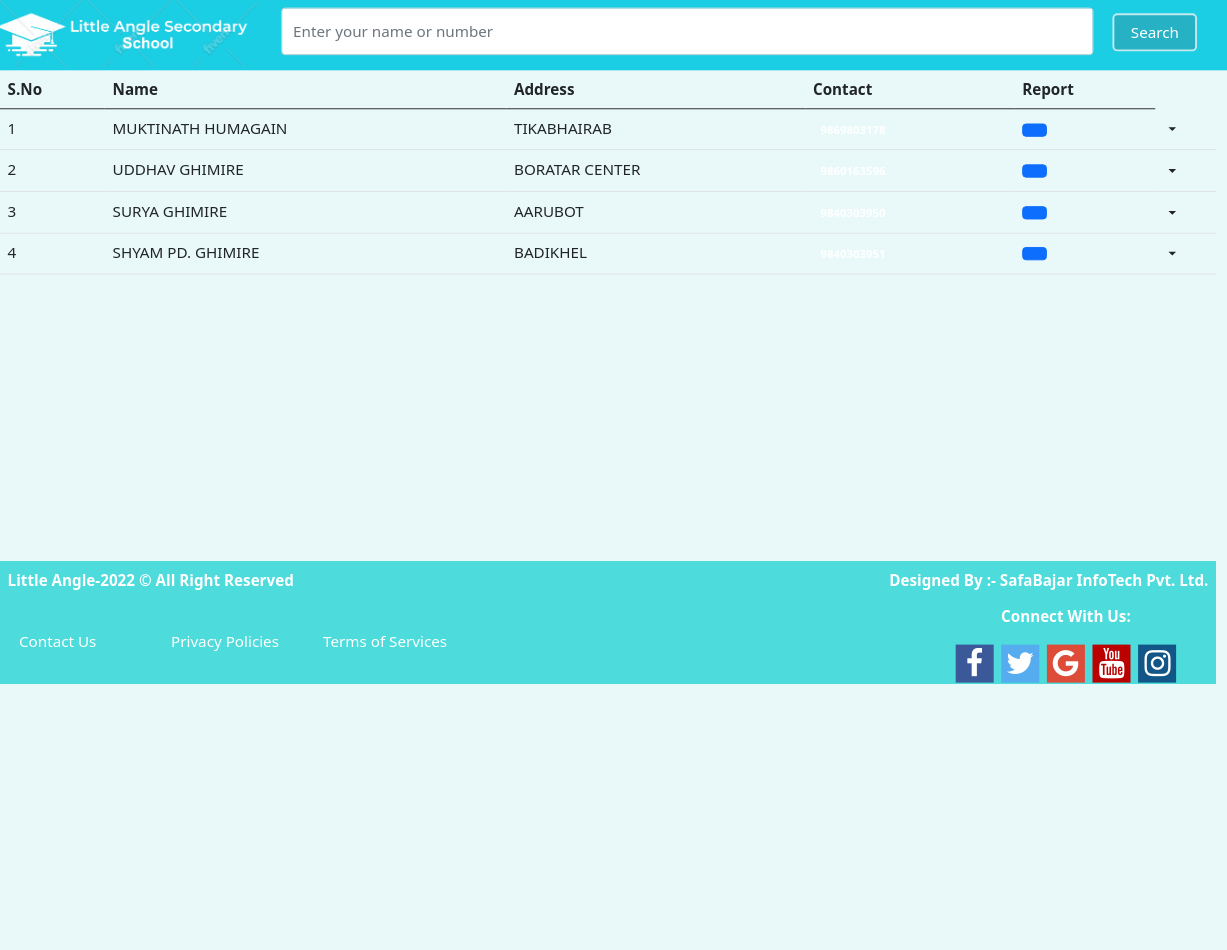
Repository: Sjuicyy/School-Project
Page: profilesview.html
The author's editor kept a copy of each file at every save. The page is drawn from the files as they stood at one save, then again after a run of saves.
The browser window is 1280 px wide. The page is 1292 px wide, so the pictures cover 1292 px, including what lies to the right of the window. The pictures show the whole page, at 95% of full size.

Above is the page before, as saved 2022-09-22 11:21:53.

### profilesview.html
<!doctype html>
<html lang="en">

<head>
    <!-- Required meta tags -->
    <meta charset="utf-8">
    <meta name="viewport" content="width=device-width, initial-scale=1">

    <!-- Bootstrap CSS -->
    <link href="https://cdn.jsdelivr.net/npm/bootstrap@5.0.2/dist/css/bootstrap.min.css" rel="stylesheet"
        integrity="sha384-EVSTQN3/azprG1Anm3QDgpJLIm9Nao0Yz1ztcQTwFspd3yD65VohhpuuCOmLASjC" crossorigin="anonymous">

    <link rel="stylesheet" href="https://cdnjs.cloudflare.com/ajax/libs/font-awesome/4.7.0/css/font-awesome.min.css">


    <style>
        body {
            height: 1000px;
        }

        .navcol {
            background-color: rgb(28, 206, 228);
        }

        .row0 div {
            width: auto;
            display: flex;
        }

        .img {
            height: 70px;
            width: 100%;
        }

        .form-control {
            height: 50px;
        }


        .btn1 {
            background-color: rgb(38, 178, 196);
            color: white;
            height: 40px;
            width: 100px;
            margin: 20px;
            margin-top: 14px;
            border: 2px solid rgba(255, 255, 255, 0.715);
            border-radius: 5px;
        }

        .btn1:hover {
            background-color: rgba(0, 225, 255, 0);
            border: 2px solid white;
            outline: none;
        }

        .btn1:active {
            color: rgba(255, 255, 255, 0.667);
            border: 2px solid rgba(255, 255, 255, 0.533);
        }

        .footer {
            background-color: rgb(77, 219, 219);
            position: fixed;
            width: 100%;
            overflow: AUTO;
            color: rgb(255, 255, 255);
            bottom: 0;
        }

        .footer::-webkit-scrollbar {
            display: none;
        }


        .fb {

            width: 160px
        }

        .fa1 {
            font-size: xx-large;
            padding: 4px;
            margin: 2px;
            width: 40px;
            text-decoration: none;
        }

        .fa-facebook {
            background: #3B5998;
            color: white;
        }

        .fa-twitter {
            background: #55ACEE;
            color: white;
        }

        .fa-google {
            background: #dd4b39;
            color: white;
        }

        .fa-youtube {
            background: #bb0000;
            color: white;
        }

        .fa-instagram {
            background: #125688;
            color: white;
        }

        .red {
            border: 1px solid rgb(219, 77, 77);
        }

        .green {
            border: 1px solid rgb(2, 183, 255);
        }

        .yello {
            border: 1px solid rgb(193, 255, 6);
        }

        .btn2 {
            background-color: rgb(77, 219, 219);
            width: 400px;
        }

        .color {
            color: rgb(28, 206, 228);
        }

        .a {
            text-decoration: none;
            color: rgb(77, 219, 219);
        }

        .loginopt {
            background-color: rgb(255, 255, 255);
            color: rgb(28, 206, 228);
            border: 2px solid;
            width: 43px;
            border-radius: 100px;
            margin: 10px;
        }

        .loginopt:hover {
            color: #0c91f7;
        }

        .btn2:hover {
            background-color: #2a8bd0;
        }
    </style>
    <title>Little Angle School</title>
</head>

<body style="background-color:#99e6e335 ;>
    <!-- heading start -->
    <div class=" container-fluid text-center">
    <div class="row row0 navcol">
        <div class="col-3">
            <a href="pages.html">
                <img class="img" src="./school.png" alt="">
            </a>
        </div>
        <div class="col">
            <input class="form-control mt-2 " type="search" placeholder="Enter your name or number "
                aria-label="Search">
            <button class="btn1" type="submit">Search</button>
            </form>
        </div>
    </div>
    </div>
    <!-- heading end -->



    <!-- profile view body  -->




    <!-- <div class="container mt-4 w-75" style="border: 3px solid #0c91f7;">
        <div class="m-1">


        <div class="row">
            <div class="col-auto  ">
                <img src=" ./profile pic.jpg" width="100px" alt="">
            </div>
            <div class="col " style="">
                <div class="row mt-3 m-auto">
                    <div class="col-auto m-auto w-50 "><b>Name: </b>Shyam Joshi</div>
                    <div class="col-auto m-auto w-50 "><b> Email: </b>Sjuicyy@gmail.com</div>
                </div>
                <div class="row mt-3 m-auto">
                    <div class="col-auto m-auto w-50 "><B>DoB: </B>2055/04/31</div>
                    <div class="col-auto m-auto w-50 "><b>Mobile</b>: +977-9867867202</div>
                </div>
            </div>
            <div class="col-auto " style="overflow:hidden; width:100px">
                <div class="col mt-3 ">
                    <div class="btn btn-primary btn-sm  w-100">view</div>
                </div>
                <div class="col  mt-2">
                    <div class="btn btn-primary btn-sm  w-100">Edit</div>
                </div>
            </div>
        </div>

    </div>
    </div> -->



    <!-- // profile view body  -->





    <!-- another responsive table start -->










    <div class="table-responsive text-nowrap">
        <table class="table table-hover">
            <thead>
                <tr>
                    <th>S.No</th>

                    <th>Name</th>
                    <th>Address</th>
                    <th>Contact</th>
                    <th>Report</th>
                </tr>
            </thead>
            <tbody class="table-border-bottom-0">
                <tr class="text-nowrap" style="text-transform: uppercase;">
                    <td>1</td>

                    <td>MUKTINATH HUMAGAIN</td>
                    <td>tikabhairab</td>
                    <td><span class="badge bg-label-primary me-1">9869803178</span></td>
                    <td> <a href="agentreport.php" type="button" class="btn btn-primary">
                            <i class="bx bxs-report" style="color: white;"></i>
                        </a></td>
                    <td>
                        <div class="dropdown">
                            <button type="button" class="btn p-0 dropdown-toggle hide-arrow" data-bs-toggle="dropdown">
                                <i class="bx bx-dots-vertical-rounded"></i>
                            </button>

                            <div class="dropdown-menu">
                                <a class="dropdown-item" href="agentedit.php?id=43">
                                    <i class="bx bx-edit-alt me-1"></i> Edit</a>
                                <a class="dropdown-item" href="agentdelete.php?id=43&amp;Type=Farmer">
                                    <i class="bx bx-trash me-1"></i> Delete</a>
                            </div>
                        </div>
                    </td>
                </tr>
                <tr class="text-nowrap" style="text-transform: uppercase;">
                    <td>2</td>

                    <td>uddhav ghimire </td>
                    <td>boratar center </td>
                    <td><span class="badge bg-label-primary me-1">9860163596</span></td>
                    <td> <a href="agentreport.php" type="button" class="btn btn-primary">
                            <i class="bx bxs-report" style="color: white;"></i>
                        </a></td>
                    <td>
                        <div class="dropdown">
                            <button type="button" class="btn p-0 dropdown-toggle hide-arrow" data-bs-toggle="dropdown">
                                <i class="bx bx-dots-vertical-rounded"></i>
                            </button>

                            <div class="dropdown-menu">
                                <a class="dropdown-item" href="agentedit.php?id=45">
                                    <i class="bx bx-edit-alt me-1"></i> Edit</a>
                                <a class="dropdown-item" href="agentdelete.php?id=45&amp;Type=Farmer">
                                    <i class="bx bx-trash me-1"></i> Delete</a>
                            </div>
                        </div>
                    </td>
                </tr>
                <tr class="text-nowrap" style="text-transform: uppercase;">
                    <td>3</td>

                    <td>surya ghimire </td>
                    <td>aarubot</td>
                    <td><span class="badge bg-label-primary me-1">9840303950</span></td>
                    <td> <a href="agentreport.php" type="button" class="btn btn-primary">
                            <i class="bx bxs-report" style="color: white;"></i>
                        </a></td>
                    <td>
                        <div class="dropdown">
                            <button type="button" class="btn p-0 dropdown-toggle hide-arrow" data-bs-toggle="dropdown">
                                <i class="bx bx-dots-vertical-rounded"></i>
                            </button>

                            <div class="dropdown-menu">
                                <a class="dropdown-item" href="agentedit.php?id=66">
                                    <i class="bx bx-edit-alt me-1"></i> Edit</a>
                                <a class="dropdown-item" href="agentdelete.php?id=66&amp;Type=Farmer">
                                    <i class="bx bx-trash me-1"></i> Delete</a>
                            </div>
                        </div>
                    </td>
                </tr>
                <tr class="text-nowrap" style="text-transform: uppercase;">
                    <td>4</td>

                    <td>shyam pd. ghimire </td>
                    <td>badikhel</td>
                    <td><span class="badge bg-label-primary me-1">9840303951</span></td>
                    <td> <a href="agentreport.php" type="button" class="btn btn-primary">
                            <i class="bx bxs-report" style="color: white;"></i>
                        </a></td>
                    <td>
                        <div class="dropdown">
                            <button type="button" class="btn p-0 dropdown-toggle hide-arrow" data-bs-toggle="dropdown">
                                <i class="bx bx-dots-vertical-rounded"></i>
                            </button>

                            <div class="dropdown-menu">
                                <a class="dropdown-item" href="agentedit.php?id=67">
                                    <i class="bx bx-edit-alt me-1"></i> Edit</a>
                                <a class="dropdown-item" href="agentdelete.php?id=67&amp;Type=Farmer">
                                    <i class="bx bx-trash me-1"></i> Delete</a>
                            </div>
                        </div>
                    </td>
                </tr>
            </tbody>
        </table>
    </div>
    <!-- another responsive table end -->








    <!-- footer start -->


    <div class="footer">
        <div class="row ">
            <div class="col mx-2 mt-2" style="text-align:left"> <b>Little Angle-2022 © All Right Reserved</b> </div>
            <div class="col mx-2 mt-2" style="text-align:right">
                <p> <b>Designed By :- SafaBajar InfoTech Pvt. Ltd.</b> </p>
            </div>
        </div>
        <div class="row mx-2">
            <div class="col-2  fb" style="text-align:left;margin-top:25px">Contact Us</div>
            <div class="col-2  fb" style="text-align:left;margin-top:25px">Privacy Policies</div>
            <div class="col-2  fb" style="text-align:left;margin-top:25px">Terms of Services</div>
            <div class="col  fb" style="text-align:left"></div>
            <div class="col-6 fb mt-2" style="text-align:center;width:300px">
                <p style="margin-top: -10px;"> <b>Connect With Us:</b> </p>
                <a href="https://www.facebook.com/search/top?q=safabazar%20private%20limited" class="fa fa1 fa-facebook"
                    style="text-align:center;margin-top:-10px"></a>
                <a href="#" class="fa fa1 fa-twitter"></a>
                <a href="#" class="fa fa1 fa-google"></a>
                <a href="#" class="fa fa1 fa-youtube"></a>
                <a href="#" class="fa fa1 fa-instagram"></a>
            </div>
        </div>

    </div>

    </div>

    </div>












    <!-- Optional JavaScript; choose one of the two! -->

    <!-- Option 1: Bootstrap Bundle with Popper -->
    <script src="https://cdn.jsdelivr.net/npm/bootstrap@5.0.2/dist/js/bootstrap.bundle.min.js"
        integrity="sha384-MrcW6ZMFYlzcLA8Nl+NtUVF0sA7MsXsP1UyJoMp4YLEuNSfAP+JcXn/tWtIaxVXM"
        crossorigin="anonymous"></script>

    <!-- Option 2: Separate Popper and Bootstrap JS -->
    <!--
    <script src="https://cdn.jsdelivr.net/npm/@popperjs/core@2.9.2/dist/umd/popper.min.js" integrity="sha384-IQsoLXl5PILFhosVNubq5LC7Qb9DXgDA9i+tQ8Zj3iwWAwPtgFTxbJ8NT4GN1R8p" crossorigin="anonymous"></script>
    <script src="https://cdn.jsdelivr.net/npm/bootstrap@5.0.2/dist/js/bootstrap.min.js" integrity="sha384-cVKIPhGWiC2Al4u+LWgxfKTRIcfu0JTxR+EQDz/bgldoEyl4H0zUF0QKbrJ0EcQF" crossorigin="anonymous"></script>
    -->
</body>

</html>

After the next 2 saves:
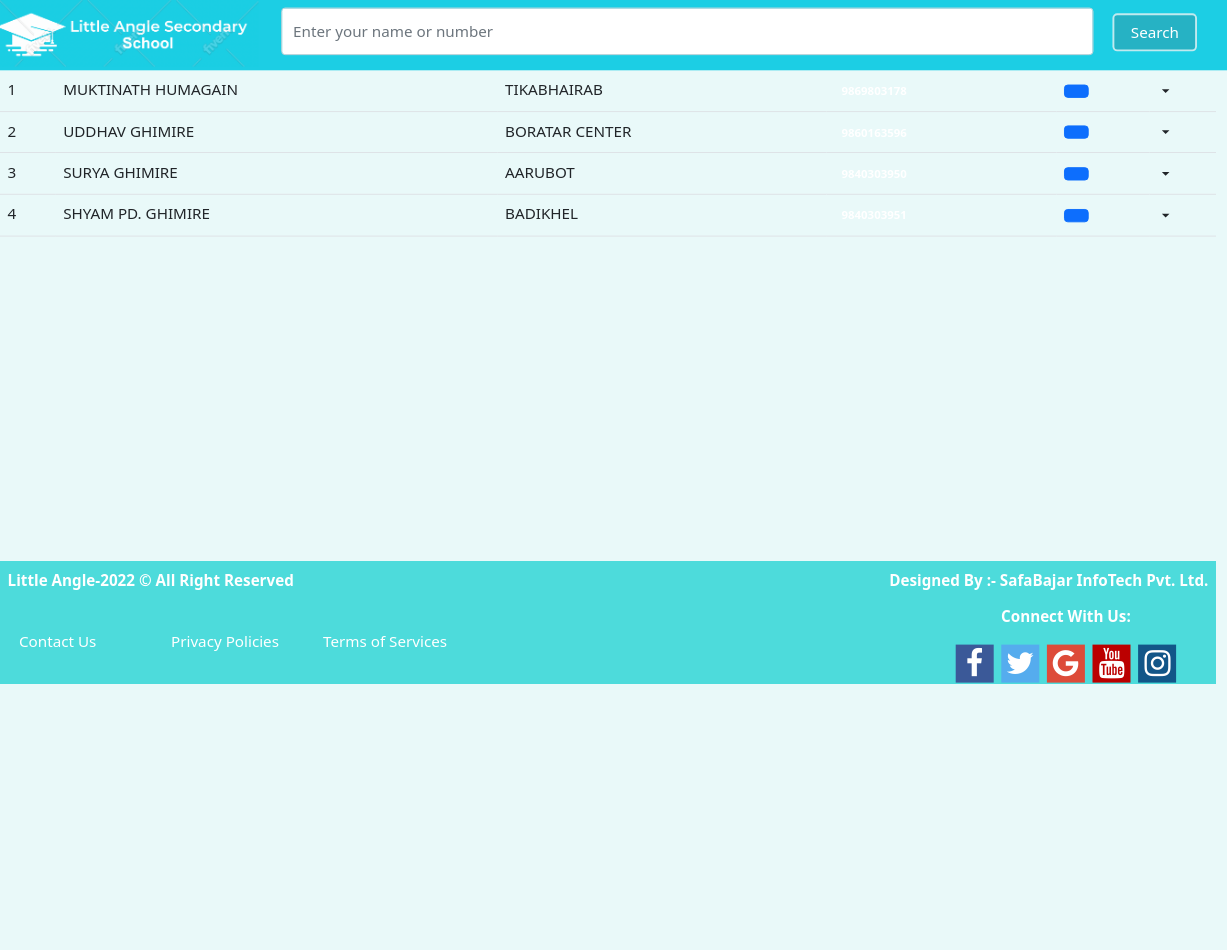
The 2 saves are shown as one change because they came seconds apart.
The last was saved 60 s later.
--- a/profilesview.html
+++ b/profilesview.html
@@ -235,16 +235,6 @@
 
     <div class="table-responsive text-nowrap">
         <table class="table table-hover">
-            <thead>
-                <tr>
-                    <th>S.No</th>
-
-                    <th>Name</th>
-                    <th>Address</th>
-                    <th>Contact</th>
-                    <th>Report</th>
-                </tr>
-            </thead>
             <tbody class="table-border-bottom-0">
                 <tr class="text-nowrap" style="text-transform: uppercase;">
                     <td>1</td>
